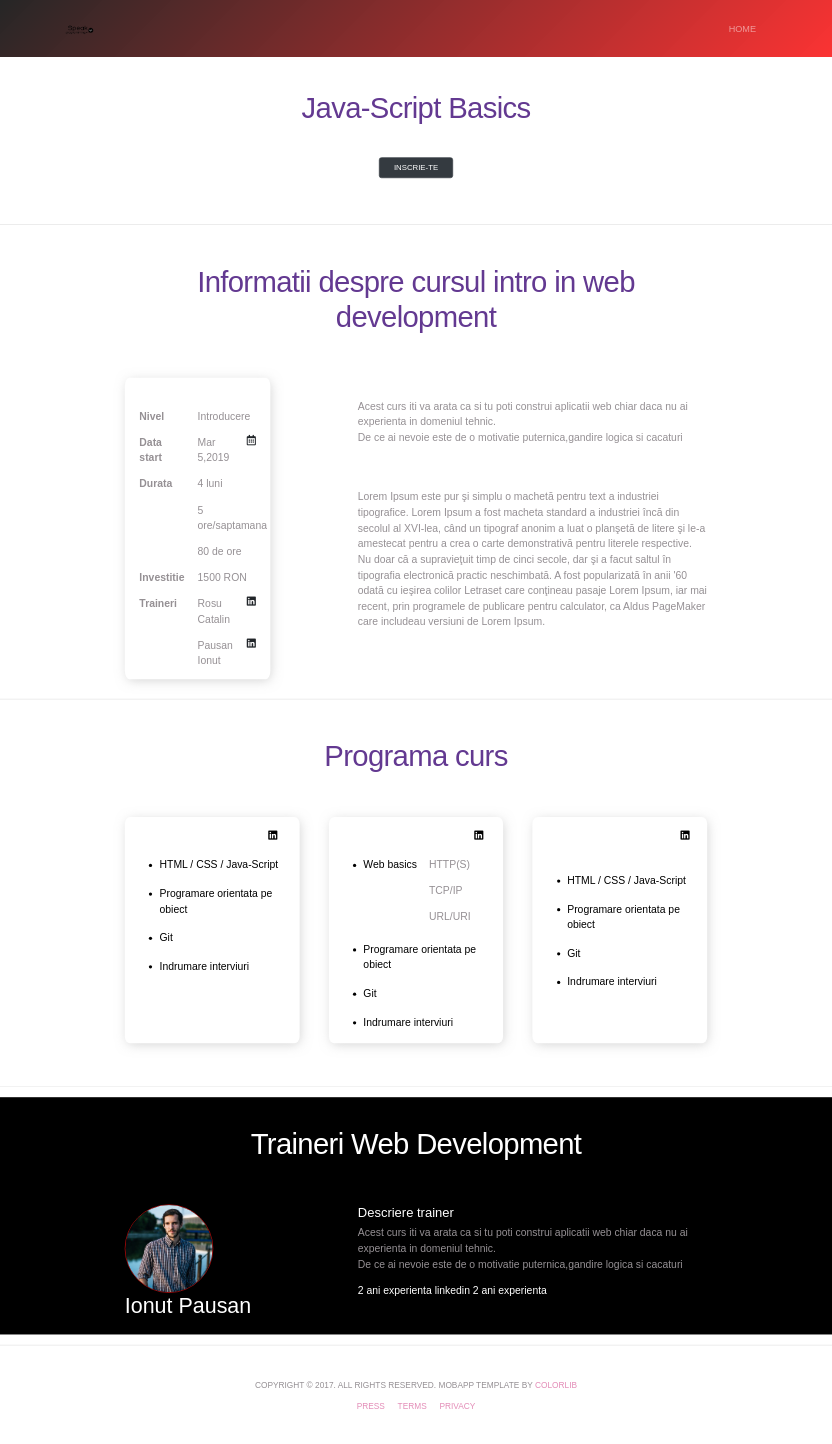
Repository: RosuCatalinDorin/ITSchool
Page: detaliiCurs/views/detalii-curs.html
An editor plug-in stored every save of this project. The page is shown before and after the next save, followed by the edit.
The browser window is 1280 px wide. The pictures show the whole page, at 65% of full size.
Some web libraries are served in a nearby version.

Above is the page before, as saved 2019-03-12 08:52:00.

### detaliiCurs/views/detalii-curs.html
<!doctype html>
<html lang="en">


<head>
    <title>Speak Programming</title>
    <!-- Required meta tags -->
    <meta charset="utf-8">
    <meta name="viewport" content="width=device-width, initial-scale=1, shrink-to-fit=no">
    <meta name="description" content="Mobland - Mobile App Landing Page Template">
    <meta name="keywords" content="HTML5, bootstrap, mobile, app, landing, ios, android, responsive">
    <!-- Font -->
    <link rel="stylesheet" href="https://use.fontawesome.com/releases/v5.7.2/css/all.css" integrity="sha384-fnmOCqbTlWIlj8LyTjo7mOUStjsKC4pOpQbqyi7RrhN7udi9RwhKkMHpvLbHG9Sr" crossorigin="anonymous">
    <link rel="dns-prefetch" href="//fonts.googleapis.com">
    <script src="//code.jquery.com/jquery-1.11.1.min.js"></script>
    <!-- Bootstrap CSS -->
    <link rel="stylesheet" href="../../css/bootstrap.min.css">
    <!-- Themify Icons -->
    <link rel="stylesheet" href="../../css/themify-icons.css">
    <!-- Owl carousel -->
    <link rel="stylesheet" href="../../css/owl.carousel.min.css">
    <link rel="stylesheet" href="../css/detalii-curs.css">
    <!-- Main css -->
    <link href="../../css/style.css" rel="stylesheet">
    <link rel="shortcut icon" href="../images/partea_de_susLogo.png"/>
    <!-- jQuery and Bootstrap -->
    <script src="../../js/jquery-3.2.1.min.js"></script>
    <script src="../../js/bootstrap.bundle.min.js"></script>
    <!-- Plugins JS -->
    <script src="../../js/owl.carousel.min.js"></script>
    <!-- Custom JS -->

</head>

<body data-spy="scroll" data-target="#navbar" data-offset="30">

<!-- Nav Menu -->
<div class="nav-menu fixed-top">
    <div class="container">
        <div class="row">
            <div class="col-md-12">
                <nav class="navbar navbar-dark navbar-expand-lg">
                    <a class="navbar-brand" href="../../home-page/index.html"><img src="../../images/logo_partea_deJos.png" height="43" width="43" class="img-fluid" alt="logo"></a> <button class="navbar-toggler" type="button" data-toggle="collapse" data-target="#navbar" aria-controls="navbar" aria-expanded="false" aria-label="Toggle navigation"> <span class="navbar-toggler-icon"></span> </button>
                    <div class="collapse navbar-collapse" id="navbar">
                        <ul class="navbar-nav ml-auto">
                            <li class="nav-item"> <a class="nav-link active" href="../../home-page/index.html">HOME <span class="sr-only">(current)</span></a> </li>
                        </ul>
                    </div>
                </nav>
            </div>
        </div>
    </div>
</div>

<!-- Header start -->

<header  class="header-detalii-curs">
        <h2 class="detalii-curs-titlu" id="cursTitle">Java-Script Basics</h2>
        <h4 class="detalii-curs-motto">Vino sa dram drumul primei noastre aplicatii</h4>
        <div class="detalii-curs-button-container">
            <button type="button" class="btn btn-dark">Inscrie-te</button>
        </div>
    </div>
</header>
<hr>

<!-- Header ends -->

<!-- Info curs start -->
<section class="info-curs-container">
    <div class="info-title" >
        <h2>Informatii despre cursul intro in web development</h2>
    </div>
    <div class="info-curs-detalii" >
        <div class="informatii-curs-sumar">
            <h3>Informatii Curs</h3>
            <div class="informatii-curs-row">
                <div class="row-first-elem">
                    <p>Nivel</p>
                </div>
                <p class="row-second-elem">Introducere </p>
            </div>
            <div class="informatii-curs-row">
                <div class="row-first-elem">
                    <p>Data start</p>
                </div>
                <div class="row-second-elem">
                    <div class="trainer-linkedin">
                        <p>Mar 5,2019</p>
                        <i class="far fa-calendar-alt"></i>
                    </div>
                </div>
            </div>
            <div class="informatii-curs-row">
                <div class="row-first-elem">
                    <p>Durata</p>
                </div>
                <div class="row-second-elem">
                    <p>4 luni </p>
                    <p>5 ore/saptamana </p>
                    <p>80 de ore </p>
                </div>
            </div>
            <div class="informatii-curs-row">
                    <div class="row-first-elem">
                            <p> Investitie </p>
                        </div>

                <p class="row-second-elem">1500 RON</p>
            </div>
            <div class="informatii-curs-row">
                    <div class="row-first-elem">
                            <p>Traineri</p>
                        </div>

                <div class="row-second-elem">
                    <div class="trainer-linkedin">
                        <p>Rosu Catalin</p>
                        <i href="https://www.linkedin.com/in/ro%C8%99u-c%C4%83t%C4%83lin-dorin-872322112/" class="fab fa-linkedin"></i>
                    </div>
                    <div class="trainer-linkedin">
                        <p>Pausan Ionut</p>
                        <i class="fab fa-linkedin"></i>
                    </div>
                </div>
            </div>
        </div>
        <div class="descriere-curs">
            <!-- put text into variables -->
                <div class="descriere-cui-se-adreseaza">
                    <h4>Pentru cine facem acest curs</h4>
                    <p> Acest curs iti va arata ca si tu poti construi aplicatii web chiar daca nu ai experienta in domeniul tehnic.<br> De ce ai nevoie este de o motivatie puternica,gandire  logica si cacaturi </p>
                </div>
                <div class="">
                    <h4> Desciere</h4>
                    <p>Lorem Ipsum este pur şi simplu o machetă pentru text a industriei tipografice. Lorem Ipsum a fost macheta standard a industriei încă din secolul al XVI-lea, când un tipograf anonim a luat o planşetă de litere şi le-a amestecat pentru a crea o carte demonstrativă pentru literele respective. Nu doar că a supravieţuit timp de cinci secole, dar şi a facut saltul în tipografia electronică practic neschimbată. A fost popularizată în anii '60 odată cu ieşirea colilor Letraset care conţineau pasaje Lorem Ipsum, iar mai recent, prin programele de publicare pentru calculator, ca Aldus PageMaker care includeau versiuni de Lorem Ipsum.</p>
                </div>
        </div>
    </div>
</section>
<hr>
<!-- Info curs ends -->


<!-- PROGRAMA CURS START -->

<section class="programa-curs">
    <div class="info-title" >
        <h2>Programa curs</h2>
    </div>
    <div class="detalii-programa">
        <div class="programa-curs-row">
            <header class="programa-curs-header">
                <h4>Tehnologii folosite</h4>
                <i class="fab fa-linkedin"></i>
            </header>
            <ul class="lista-programa-curs">
                <li>HTML / CSS / Java-Script</li>
                <li>Programare orientata pe obiect</li>
                <li>Git</li>
                <li>Indrumare interviuri</li>
            </ul>
        </div>
        <div class="programa-curs-row">
            <header class="programa-curs-header">
                <h4>Cunostinte de baza</h4>
                <i class="fab fa-linkedin"></i>
            </header>
            <ul class="lista-programa-curs">
                <div class="web-basics">
                    <li >Web basics</li>
                    <div>
                        <p>HTTP(S)</p>
                        <p>TCP/IP</p>
                        <p>URL/URI</p>
                    </div>
                </div>
                <li>Programare orientata pe obiect</li>
                <li>Git</li>
                <li>Indrumare interviuri</li>
            </ul>
        </div>
        <div class="programa-curs-row">
            <header class="programa-curs-header">
                <h4>Mindset of a developer</h4>
                <i class="fab fa-linkedin"></i>
            </header>
            <ul class="lista-programa-curs">
                <li>HTML / CSS / Java-Script</li>
                <li>Programare orientata pe obiect</li>
                <li>Git</li>
                <li>Indrumare interviuri</li>
            </ul>
        </div>
    </div>

</section>
<hr>

<!-- PROGRAMA CURS ENDS -->


<!-- Trainer description start -->
<section class="trainer-section">
    <div class="descriere-trainer">
        <div class="info-title" >
            <h2>Traineri <span>Web Development</span></h2>
        </div>
        <div class="trainer-container">
            <div class="trainer-row">
                <div class="trainer-profile">
                    <div class="team-img">
                        <img src="../../images/pozaIonutPausan.jpg" class="rounded-circle" alt="Cinque Terre" width="136" height="136">
                    </div>
                    <div class="">
                        <h3>Ionut Pausan</h3>
                    </div>
                </div>
                <div class="trainer-description">
                    <h4>Descriere trainer</h4>
                    <p>Acest curs iti va arata ca si tu poti construi aplicatii web chiar daca nu ai experienta in domeniul tehnic.<br> De ce ai nevoie este de o motivatie puternica,gandire  logica si cacaturi </p>
                    <div>
                        <span>2 ani experienta</span>
                        <span>linkedin</span>
                        <span>2 ani experienta</span>
                    </div>
                </div>
            </div>
            <div class="trainer-row">
                <div class="trainer-profile">

                </div>
                <div class="trainer-description">

                </div>
            </div>
        </div>
    </div>
    <hr>
</section>
<hr>
<!-- Trainer description end -->


<footer class="my-5 text-center">
    <!-- Copyright removal is not prohibited! -->
    <p class="mb-2"><small>COPYRIGHT © 2017. ALL RIGHTS RESERVED. MOBAPP TEMPLATE BY <a href="https://colorlib.com">COLORLIB</a></small></p>

    <small>
        <a href="#" class="m-2">PRESS</a>
        <a href="#" class="m-2">TERMS</a>
        <a href="#" class="m-2">PRIVACY</a>
    </small>
</footer>


</body>

</html>

### detaliiCurs/css/detalii-curs.css
/* Header start */
.header-detalii-curs {
    padding-bottom:25px;
    margin-top: 40px;
}

.container-detalii-curs {
    text-align: center;
}

.detalii-curs-button-container{
    margin-bottom: 30px;
}
/* Header ends */

/* Info curs container start */
.info-curs-container {
    width: 70%;
    margin: auto;
}

.info-title{
    padding-top: 45px;
    padding-bottom: 50px;
    height: auto;
}

.info-title h2{
    text-align: center;
}

    /* DETALII CURS -START */
.info-curs-detalii{
    display: flex;
    justify-content: space-between;
    margin-bottom: 30px;
}

.informatii-curs-sumar{
    width: 25%;
    -webkit-box-shadow: 2px 3px 18px -2px rgba(186,186,186,0.68);
    -moz-box-shadow: 2px 3px 18px -2px rgba(186,186,186,0.68);
    box-shadow: 2px 3px 18px -2px rgba(186,186,186,0.68);
    border-radius: 3%;
}

.informatii-curs-sumar h3 {
    text-align: center;
}

.informatii-curs-row{
    /* font size-font-style */
    display: flex;
}

.row-first-elem{
    font-weight: bold;
    width: 30%;
    padding-left: 10%;
}

.row-second-elem {
    width:60%;
    text-align: start;
    padding-left: 20%;
  }

.trainer-linkedin{
    display: flex;
    justify-content: space-between;
}
/* DETALII CURS -END */

/* DESCRIERE CURS START */
.descriere-curs{
    width: 60%;
}

.descriere-curs h4{
    font-weight: bold;
}

.descriere-cui-se-adreseaza{
    padding-bottom: 20px;
}

/* DESCRIERE CURS ENDS */

/* Info curs container ends */


/* PROGRAMA CURS START */

.programa-curs{
    margin: auto;
    width: 70%;
    justify-content: space-between;
    padding-bottom: 50px;
}

.detalii-programa {
    width: 100%;
    display: flex;
    justify-content: space-between;
}

.programa-curs-row{
    width: 30%;
    color: black;
    -webkit-box-shadow: 2px 3px 18px -2px rgba(186,186,186,0.68);
    -moz-box-shadow: 2px 3px 18px -2px rgba(186,186,186,0.68);
    box-shadow: 2px 3px 18px -2px rgba(186,186,186,0.68);
    border-radius: 3%;
}

.programa-curs-header {
    padding-top: 20px;
    display: flex;
    color:black;
    width:80%;
    margin: auto;
    justify-content: center;
}

.programa-curs-header h4{
    padding: 0 10px 0 0;
    font-weight: bold;
}

.lista-programa-curs{
    width: 90%;
    margin: auto;
    padding-bottom: 10px;
}

.lista-programa-curs li {
    padding-top: 10px;
    padding-bottom: 10px;
}

.web-basics{
    display: flex;
}

.web-basics li {
    width: 50%;
}

.web-basics div{
    padding-top: 10px;
}


/* PROGRAMA CURS ENDS */

/* DESCRIERE TRAINER START */
.trainer-section{
    background:black;
    width: 100%;
}
.descriere-trainer {
    width:70%;
    margin: auto;
    color: white;
}

.descriere-trainer h2,h3,h4{
    color:white;
}

info-title span{
    color: #e5003c
}

.trainer-row {
    display: flex;
    justify-content: space-between;
}

.trainer-profile{
    width:30%;
}

.trainer-description{
    width: 60%;
}


/* DESCRIERE TRAINER ENDS */

Loaded but not shown: css/bootstrap.min.css (library); css/themify-icons.css (common file); css/owl.carousel.min.css (library); js/jquery-3.2.1.min.js (library); js/bootstrap.bundle.min.js (library); js/owl.carousel.min.js (library); css/style.css (717 lines, source omitted)

After the next save:
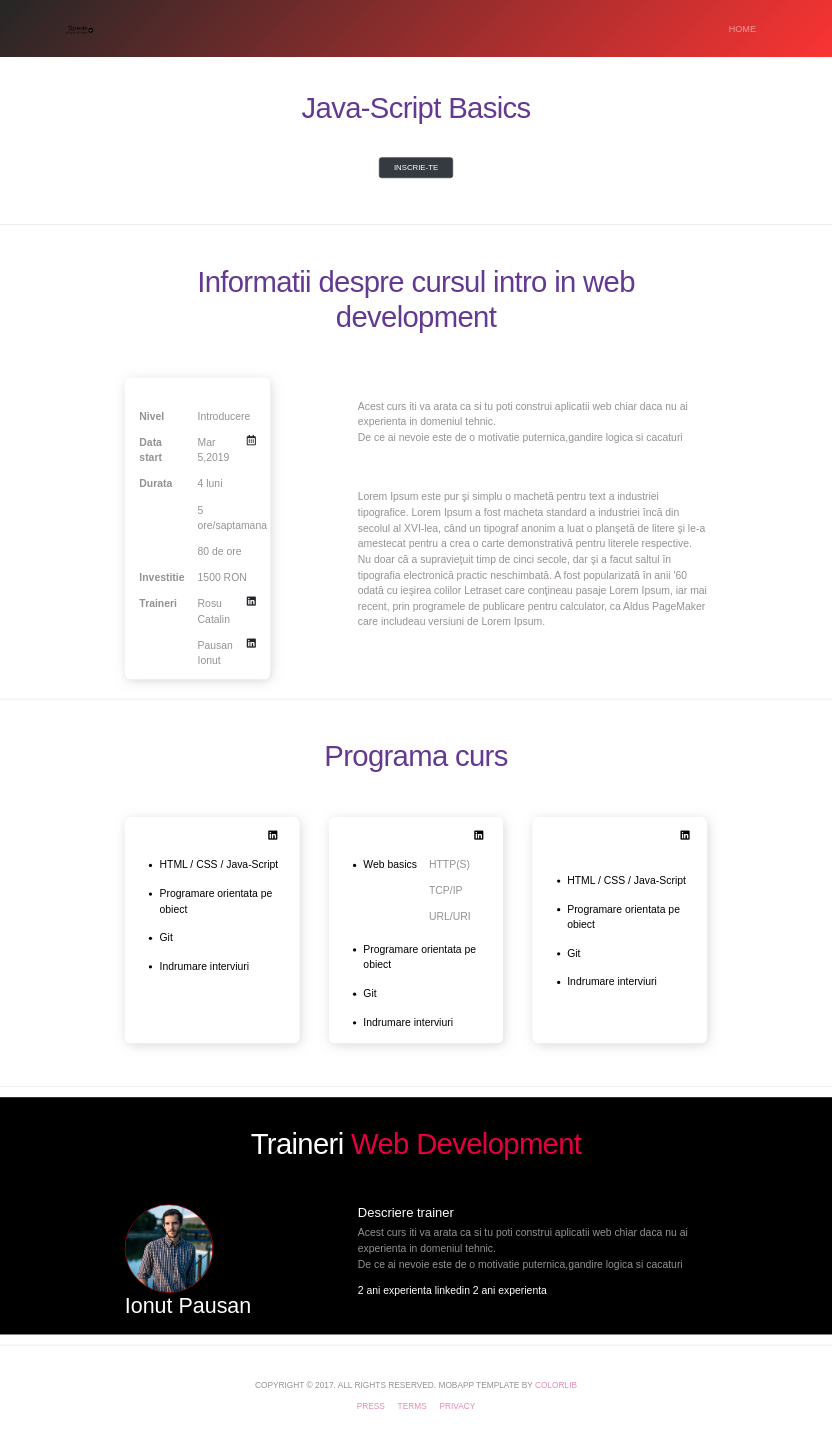
Saved 7 s later.
--- a/detaliiCurs/css/detalii-curs.css
+++ b/detaliiCurs/css/detalii-curs.css
@@ -168,7 +168,7 @@
     color:white;
 }
 
-info-title span{
+.info-title span{
     color: #e5003c
 }
 
